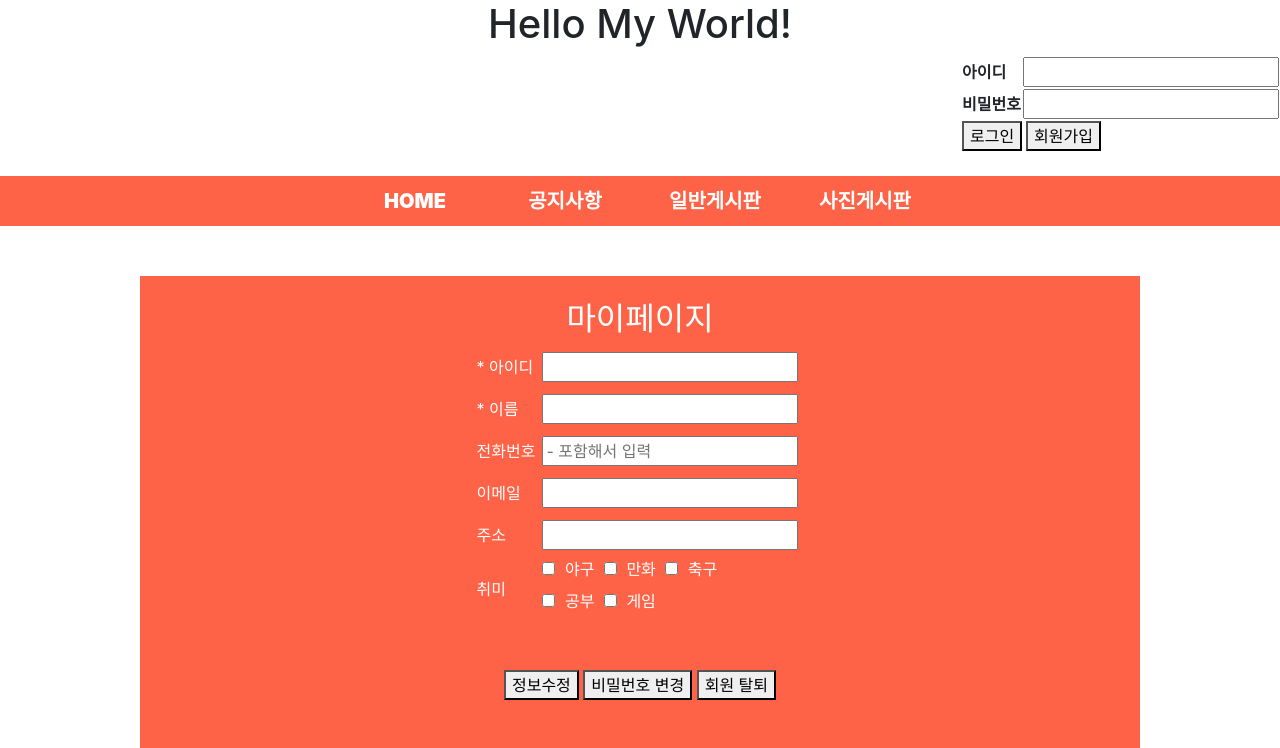
Repository: Developer-Choi-Jae-Young/ServletPractice
Page: http://localhost/jspProject/myPage.me
These files come from the project's save history. The page is drawn as it stood at one moment and after the next save; the edit follows.
The browser window is 1280 px wide. The pictures show the whole page.
The page is served by Tomcat 9. Other server files are loaded and not shown.

Above is the page before, as saved 2024-09-03 01:24:34.

### jspProject/src/main/webapp/views/member/myPage.jsp
<%@ page language="java" contentType="text/html; charset=UTF-8"
    pageEncoding="UTF-8"%>
<!DOCTYPE html>
<html>
<head>
<meta charset="UTF-8">
<title>Insert title here</title>

<style>
	.outer {
		background-color: tomato;
		color: white;
		width: 1000px;
		margin: auto;
		margin-top: 50px;
	}

	#enroll-form table {
		margin: auto;
	}

	#enroll-form input {
		margin: 5px;
	}
</style>

</head>
<body>
	<%@ include file="../common/menubar.jsp" %>

	<div class="outer">
		<br>

		<h2 align="center">마이페이지</h2>

		<form id="enroll-form" action="<%= contextPath %>/update.me" method="post">
			<table>
				<tr>
					<td>* 아이디</td>
					<td>
						<input type="text" name="userId" maxlength="12" value="${ sessionScope.loginUser.userId }" readonly="readonly">
					</td>
				</tr>
				<tr>
					<td>* 이름</td>
					<td>
						<input type="text" name="userName" maxlength="6" value="${ sessionScope.loginUser.userName }" required>
					</td>
				</tr>
				<tr>
					<td>전화번호</td>
					<td>
						<input type="tel" name="phone" placeholder="- 포함해서 입력" value="${ sessionScope.loginUser.phone }">
					</td>
				</tr>
				<tr>
					<td>이메일</td>
					<td>
						<input type="email" name="email" value="${ sessionScope.loginUser.email }">
					</td>
				</tr>
				<tr>
					<td>주소</td>
					<td>
						<input type="text" name="address" value="${ sessionScope.loginUser.address }">
					</td>
				</tr>
				<tr>
					<td>취미</td>
					<td>
						<input type="checkbox" name="interest" value="야구" id="baseball">
						<label for="baseball">야구</label>

						<input type="checkbox" name="interest" value="만화" id="cartoon">
						<label for="cartoon">만화</label>

						<input type="checkbox" name="interest" value="축구" id="soccer">
						<label for="soccer">축구</label>

						<br>

						<input type="checkbox" name="interest" value="공부" id="study">
						<label for="study">공부</label>

						<input type="checkbox" name="interest" value="게임" id="game">
						<label for="game">게임</label>
					</td>
				</tr>
			</table>

			<br><br>

			<div align="center">
				<button type="submit">정보수정</button>
				<button type="button" data-toggle="modal" data-target="#updatePwdModal">비밀번호 변경</button>
				<button type="button">회원 탈퇴</button>
			</div>

			<br><br>
		</form>
	</div>

	<!-- 비밀번호 변경용 모달 -->
	<div class="modal fade" id="updatePwdModal" tabindex="-1" aria-labelledby="updatePwdModalLabel" aria-hidden="true">
	  <div class="modal-dialog">
	    <div class="modal-content">
	      <div class="modal-header">
	        <h1 class="modal-title fs-5" id="updatePwdModalLabel">비밀번호 변경</h1>
	        <button type="button" class="close" data-dismiss="modal" aria-label="Close">&times</button>
	      </div>
	      <div class="modal-body">
	        <form>
	          <div class="mb-3">
	            <label for="userPwd" class="col-form-label">현재 비밀번호:</label>
	            <input type="password" class="form-control" id="userPwd">
	          </div>
	          <div class="mb-3">
	            <label for="newPassword" class="col-form-label">변경할 비밀번호:</label>
	            <input type="password" class="form-control" id="newPassword"></input>
	          </div>
	           <div class="mb-3">
	            <label for="newPasswordCheck" class="col-form-label">변경할 비밀번호 확인:</label>
	            <input type="password" class="form-control" id="newPasswordCheck"></input>
	          </div>

	          <br>

	          <button class="btn btn-sm">비밀번호 변경</button>
	        </form>
	      </div>
	      <!-- 모달 푸터 부분 -->
	      <!--<div class="modal-footer">
	        <button type="button" class="btn btn-secondary" data-dismiss="modal">Close</button>
	        <button type="button" class="btn btn-primary">Send message</button>
	      </div> -->
	    </div>
	  </div>
	</div>

	<script>
		$(function() {
			const interest = "${ sessionScope.loginUser.interest }";
			console.log(interest);
			const checkArr = $("input[name=interest]");

			for(let check of checkArr) {
				if(interest.includes(check.value)) {
					check.checked = true;
				}
			}
		});
	</script>
</body>
</html>

### jspProject/src/main/webapp/views/common/menubar.jsp
<%@ page language="java" contentType="text/html; charset=UTF-8"
    pageEncoding="UTF-8"%>
<%@ taglib prefix="c" uri="http://java.sun.com/jsp/jstl/core" %>
<!DOCTYPE html>
<html>
<head>
<meta charset="UTF-8">
<title>Insert title here</title>

<!-- Latest compiled and minified CSS -->
<link rel="stylesheet" href="https://cdn.jsdelivr.net/npm/bootstrap@4.6.2/dist/css/bootstrap.min.css">

<!-- jQuery library -->
<script src="https://cdn.jsdelivr.net/npm/jquery@3.7.1/dist/jquery.slim.min.js"></script>

<!-- Popper JS -->
<script src="https://cdn.jsdelivr.net/npm/popper.js@1.16.1/dist/umd/popper.min.js"></script>

<!-- Latest compiled JavaScript -->
<script src="https://cdn.jsdelivr.net/npm/bootstrap@4.6.2/dist/js/bootstrap.bundle.min.js"></script>

<style>
	.login-area > *{
		float: right;
	}

	.login-area a {
		text-decoration: none;
		color: black;
		font-size: 12px;
	}

	.nav-area{
		background-color: tomato;
	}

	.menu {
		display: table-cell;
		width: 150px;
		height: 50px;
	}

	.menu a {
		text-decoration: none;
		color: white;
		font-size: 20px;
		font-weight: 900;
		display: inline-block;
		width: 100%;
		height: 100%;
		line-height: 50px;
	}

	.menu a:hover {
		background-color: lightsalmon;
	}
</style>
</head>
<body>
<%
	String contextPath = request.getContextPath();
	String alertMsg = (String)session.getAttribute("alertMsg");
%>
	<% if(alertMsg != null) { %>
	<script>
		alert("<%= alertMsg %>");
	</script>
	<% session.removeAttribute("alertMsg"); %>
	<% } %>

	<h1 align="center">Hello My World!</h1>

	<div class="login-area">
		<c:choose>
			<c:when test="${ empty loginUser }">
				<!-- 로그인 전 -->
				<form action="<%= contextPath %>/login.me" method="post">
					<table>
						<tr>
							<th>아이디</th>
							<td>
								<input type="text" name="userId" required>
							</td>
						</tr>
						<tr>
							<th>비밀번호</th>
							<td>
								<input type="password" name="userPwd" required>
							</td>
						</tr>
						<tr>
							<th colspan="2">
								<button type="submit">로그인</button>
								<button type="button" onclick="enrollPage();">회원가입</button>
							</th>
						</tr>
					</table>
					<script>
						// 회원가입 페이지 요청
						function enrollPage() {
							// location.href = "<%= contextPath %>/views/member/memberEnrollForm.jsp";
							// => 웹 페이지에서 폴더 구조를 그대로 노출하게 되면 보안에 취약!

							// 서블릿을 사용하여 페이지 요청
							location.href = "<%= contextPath %>/enrollForm.me"
						}
					</script>
				</form>
			</c:when>
			<c:otherwise>
				<!-- 로그인 후 -->
				<div>
					<b>${ loginUser.userName }</b>님의 방문을 환영합니다 ^^ <br><br>

					<div align="center">
						<a href="<%= contextPath %>/myPage.me">마이페이지</a>
						<a href="<%= contextPath %>/logout.me">로그아웃</a>
					</div>
				</div>
			</c:otherwise>
		</c:choose>

	</div>

	<br clear="both">
	<br>

	<div class="nav-area" align="center">
		<div class="menu"><a href="<%= contextPath %>">HOME</a></div>
		<div class="menu"><a href="#">공지사항</a></div>
		<div class="menu"><a href="#">일반게시판</a></div>
		<div class="menu"><a href="#">사진게시판</a></div>
	</div>
</body>
</html>

### jspProject/src/main/java/com/kh/member/controller/MyPageController.java
package com.kh.member.controller;

import java.io.IOException;
import javax.servlet.ServletException;
import javax.servlet.annotation.WebServlet;
import javax.servlet.http.HttpServlet;
import javax.servlet.http.HttpServletRequest;
import javax.servlet.http.HttpServletResponse;

import com.kh.member.model.service.MemberService;
import com.kh.member.model.vo.Member;

/**
 * Servlet implementation class MyPageController
 */
@WebServlet("/myPage.me")
public class MyPageController extends HttpServlet {
	private static final long serialVersionUID = 1L;

    /**
     * @see HttpServlet#HttpServlet()
     */
    public MyPageController() {
        super();
        // TODO Auto-generated constructor stub
    }

	/**
	 * @see HttpServlet#doGet(HttpServletRequest request, HttpServletResponse response)
	 */
	protected void doGet(HttpServletRequest request, HttpServletResponse response) throws ServletException, IOException {
		request.getRequestDispatcher("views/member/myPage.jsp").forward(request, response);
	}

	/**
	 * @see HttpServlet#doPost(HttpServletRequest request, HttpServletResponse response)
	 */
	protected void doPost(HttpServletRequest request, HttpServletResponse response) throws ServletException, IOException {
		// TODO Auto-generated method stub
		doGet(request, response);
	}

}

After the next save:
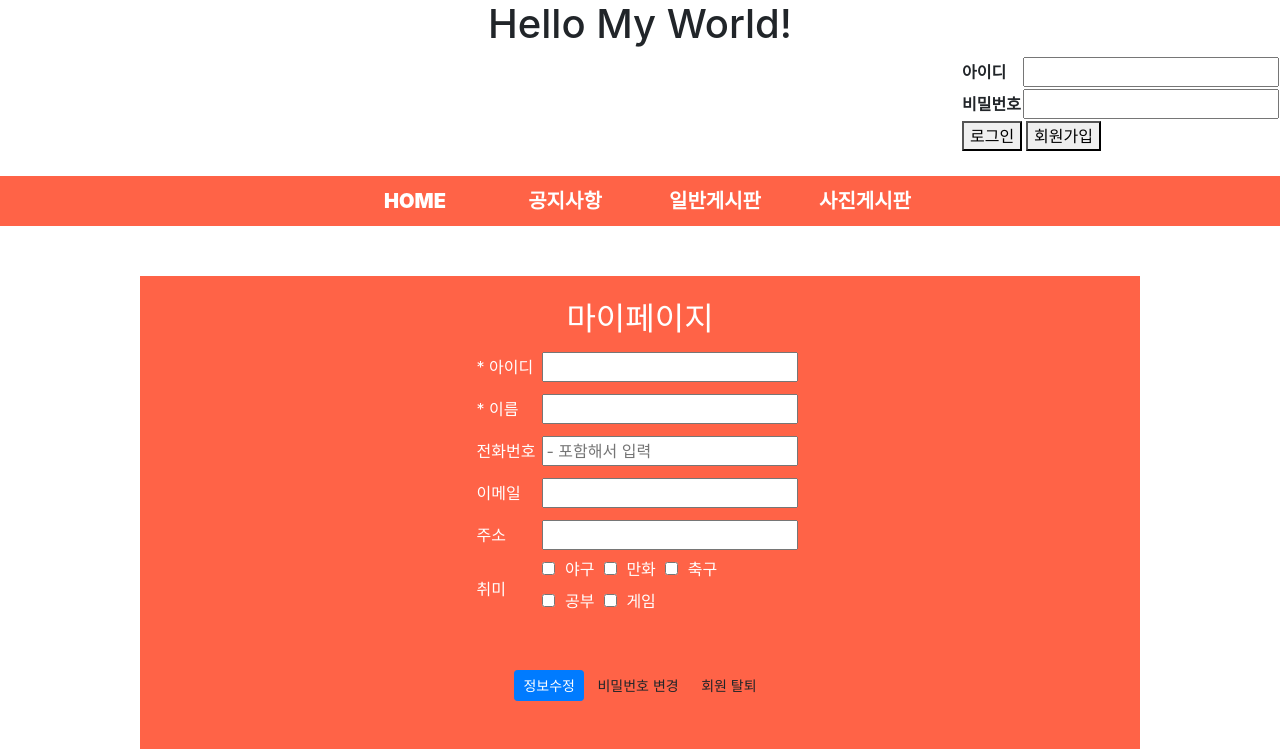
Saved 115 s later.
--- a/jspProject/src/main/webapp/views/member/myPage.jsp
+++ b/jspProject/src/main/webapp/views/member/myPage.jsp
@@ -91,9 +91,9 @@
 			<br><br>
 
 			<div align="center">
-				<button type="submit">정보수정</button>
-				<button type="button" data-toggle="modal" data-target="#updatePwdModal">비밀번호 변경</button>
-				<button type="button">회원 탈퇴</button>
+				<button class="btn btn-sm btn-primary" type="submit">정보수정</button>
+				<button class="btn btn-sm" type="button" data-toggle="modal" data-target="#updatePwdModal">비밀번호 변경</button>
+				<button class="btn btn-sm" type="button">회원 탈퇴</button>
 			</div>
 
 			<br><br>
